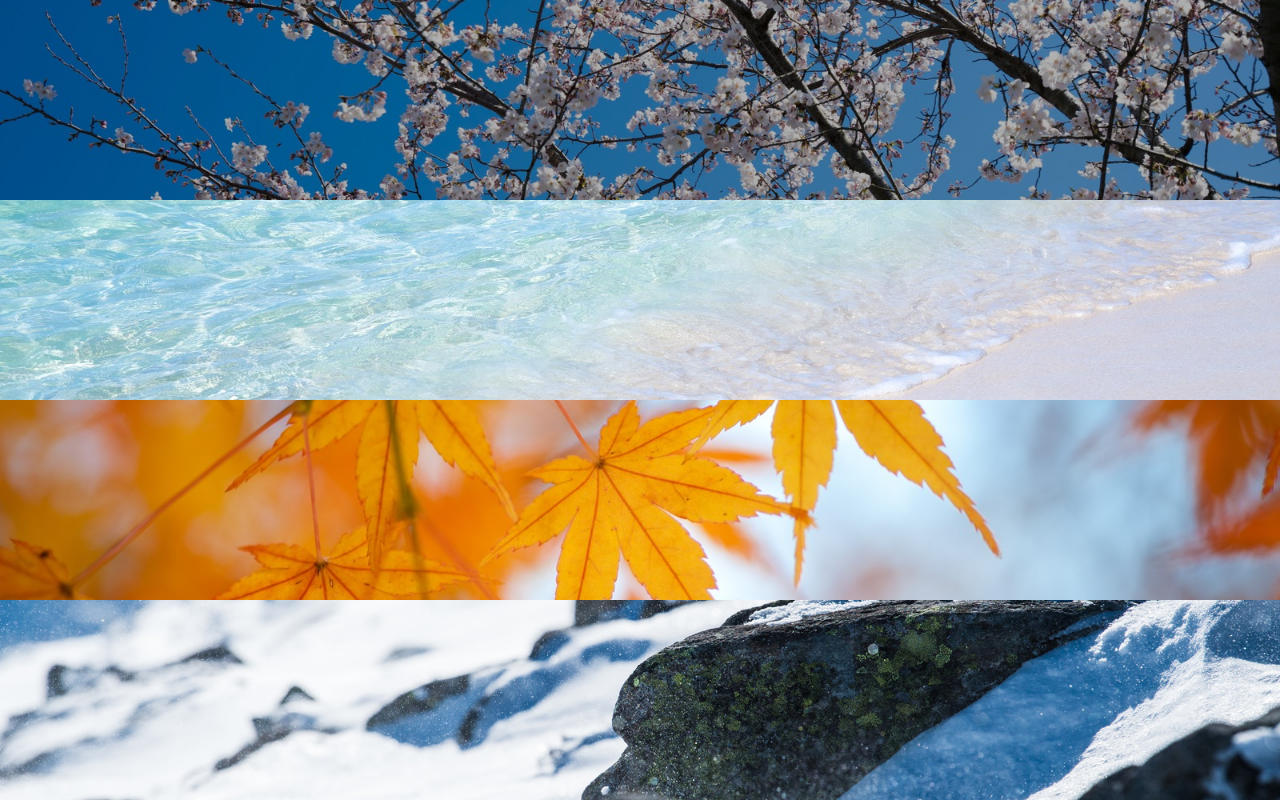
Repository: yukito7878/HTML-CSS-practice
Page: caravan/index6-practice.html
The author's editor kept a record of every edit. The page is drawn from the files as they stood at one moment, then again after the next edit.
The browser window is 1280 px wide. The pictures show the whole page.

Above is the page before.

### caravan/index6-practice.html
<html lang="ja">
  <head>
    <meta charset="UTF-8" />
    <!-- CSSファイルの読み込み -->
    <link rel="stylesheet" href="style6-practice.css" />
    <title>CARAVAN</title>
  </head>

  <body>

    <div class="main">
      <div class="img1">
        <div class="inside">
          <p></p>
        </div>
      </div>
      <div class="img2"></div>
      <div class="img3"></div>
      <div class="img4"></div>
    </div>


  </body>
</html>

### caravan/style6-practice.css
*{
  margin: 0;
  padding: 0;
  box-sizing: border-box;
}

.main{
  height: 800px;
  width: 100%;
}

.img1 {
  width: 100%;
  height: 200px;
  background-image: url(img2/box1.jpg);
  background-size: cover;
  background-position: center;/* ここで背景に黒色の半透明カラーを設定 */
}
.img2 {
  width: 100%;
  height: 200px;
  background-image: url(img2/box2.jpg);
  background-size: cover;
  background-position: center; /* ここで背景に黒色の半透明カラーを設定 */
}
.img3 {
  width: 100%;
  height: 200px;
  background-image: url(img2/box3.jpg);
  background-size: cover;
  background-position: center;/* ここで背景に黒色の半透明カラーを設定 */
}
.img4 {
  width: 100%;
  height: 200px;
  background-image: url(img2/box4.jpg);
  background-size: cover;
  background-position: center; /* ここで背景に黒色の半透明カラーを設定 */
}

.inside{
  width: 100%;
  height: 100%; /* 親要素(.img1)と同じ高さにする */
  background-color: rgba(0, 0, 0, 0.3);
}

After the next edit:
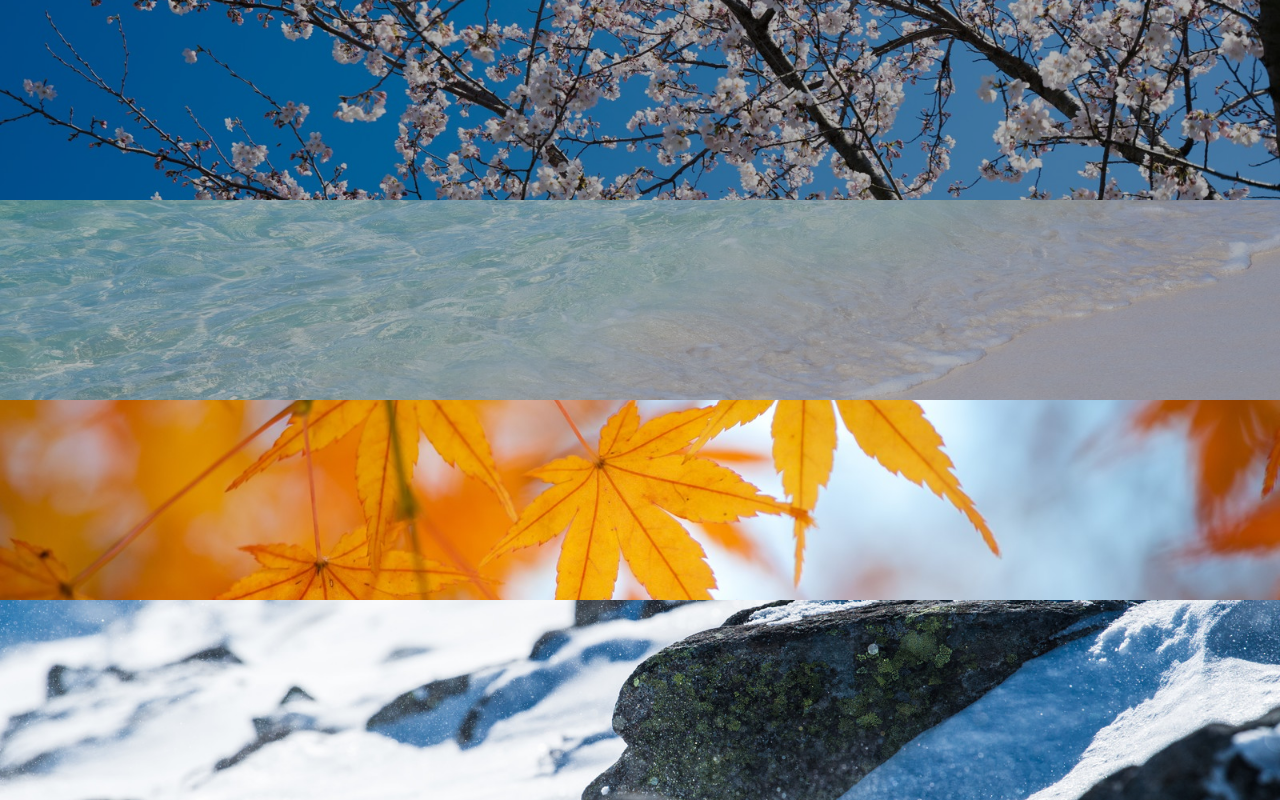
The edit:
--- a/caravan/index6-practice.html
+++ b/caravan/index6-practice.html
@@ -14,7 +14,11 @@
           <p></p>
         </div>
       </div>
-      <div class="img2"></div>
+      <div class="img2">
+        <div class="inside">
+          <p></p>
+        </div>
+      </div>
       <div class="img3"></div>
       <div class="img4"></div>
     </div>
